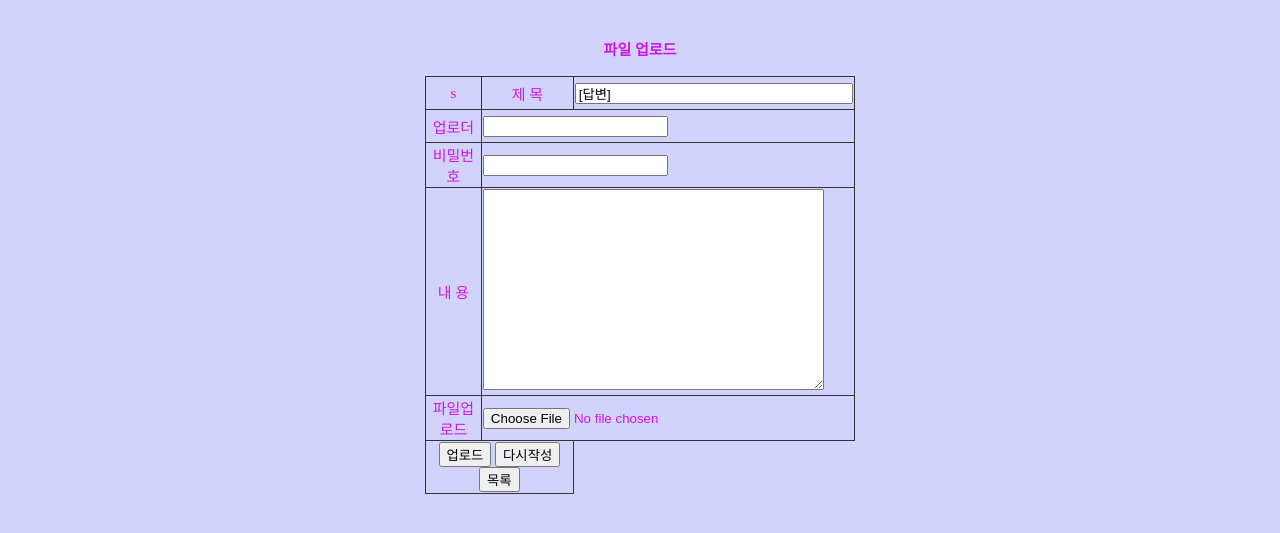
Repository: LouisKisaragi/BB-Bank
Page: http://localhost/FUBoard/board/writeForm.jsp
An editor plug-in stored every save of this project. The page is shown before and after the next save, followed by the edit.
The browser window is 1280 px wide. The pictures show the whole page.
The page is served by Tomcat 9. Other server files are loaded and not shown.

Above is the page before, as saved 2017-11-10 04:44:30.

### workspace/FUBoard/WebContent/board/writeForm.jsp
<%@ page language="java" contentType="text/html; charset=UTF-8"
    pageEncoding="UTF-8"%>
<%@ taglib prefix="c" uri="http://java.sun.com/jsp/jstl/core" %>
<!DOCTYPE html>
<html>
<head>
<meta http-equiv="Content-Type" content="text/html; charset=UTF-8">
<title>게시판</title>
<script src="${pageContext.request.contextPath}/board/script.js"></script>
<link href="${pageContext.request.contextPath}/board/css/style.css" rel="stylesheet" type="text/css"/>
<link href="${pageContext.request.contextPath}/board/css/writeFormstyle.css" rel="stylesheet" type="text/css"/>
</head>
<body>
<section>
<article>
<b>파일 업로드</b>
<br></br>
<form method="post" name="writeForm" action="${pageContext.request.contextPath}/board/writePro.do"
	onsubmit="return writeSave()" enctype="multipart/form-data">
	<input type="hidden" name="num" value="${num}">
	<input type="hidden" name="ref" value="${ref}">
	<input type="hidden" name="step" value="${step}">
	<input type="hidden" name="depth" value="${depth}">
	<table class="board">
		<tr>
		<td class="attr">s</td>
			<td class="attr">제  목</td>
			<td>
				<c:if test="${num == 0}">
					<input class="input" type="text" name="subject">
				</c:if>
				<c:if test="${num != 0}">
					<input class="input" type="text" name="subject" value="[답변]">
				</c:if>
			</td>
		</tr>
		<tr>
			<td class="attr">업로더</td>
			<td COLSPAN="2">
				<input type="text" name="writer">
			</td>
		</tr>
		<tr>
			<td class="attr">비밀번호</td>
			<td COLSPAN="2">
				<input type="password" name="pass">
			</td>
		</tr>
		<tr>
			<td class="attr">내 용</td>
			<td COLSPAN="2">
				<textarea name="content" rows="13" cols="40"></textarea>
			</td>
		</tr>
		<tr>
			<td class="attr">파일업로드</td>
			<td COLSPAN="2">
				<input type="file"  name="file">
			</td>
		</tr>
		<tr>
			<td colspan="2" class="attr">
				<input type="submit" value="업로드">
				<input type="reset" value="다시작성">
				<input type="button" value="목록"
				OnClick="window.location='${pageContext.request.contextPath}/board/list.do'">
			</td>
		</tr>
		</table>
</form>
</article>
</section>
</body>
</html>

### workspace/FUBoard/WebContent/board/script.js
function writeSave(){
	if(document.writeForm.writer.value == ""){
		alert("작성자를 입력하세요.");
		document.writeForm.writer.focus();
		return false;
	}
	if(document.writeForm.subject.value == ""){
		alert("제목을 입력하세요.");
		document.writeForm.subject.focus();
		return false;
	}
	if(document.writeForm.content.value == ""){
		alert("내용을 입력하세요.");
		document.writeForm.content.focus();
		return false;
	}
	if(document.writeForm.pass.value == ""){
		alert("비밀번호를 입력하세요.");
		document.writeForm.pass.focus();
		return false;
	}
}

### workspace/FUBoard/WebContent/board/css/style.css
@CHARSET "UTF-8";
body{
	background-color:#d1d3fc;
	font-size:15px;
	color: #ce16e9;
	text-align: center;
}
a:link {
	text-decoration:nonecolor:#696969;
}
a:hover{
	text-decoration:yescolor:#66ccff;
}
a:visited {
	text-decoration:noncolor:#330066;
}

### workspace/FUBoard/WebContent/board/css/writeFormstyle.css
@CHARSET "UTF-8";
section{
	padding-top: 30px;
	width:430px;
	margin: auto;
	left:0; top:0; right:0; bottom:0;
}

.board{
	text-align:center;
	border-collapse:collapse;
}

.board td {
	border:1px solid #333;
	text-align:left;
	width:330px;
	height:30px;
	border:1px solid #333;
}
.board td .input{
	width:97%;
}
.board .attr{
	width: 100px;
	text-align:center;
}

After the next save:
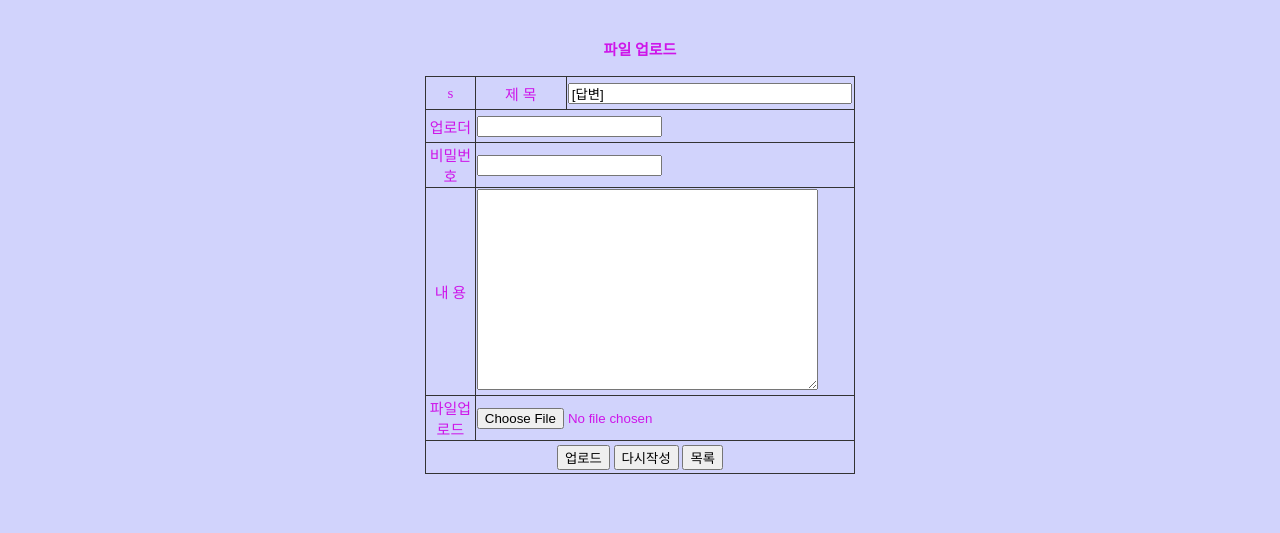
Saved 4 s later.
--- a/workspace/FUBoard/WebContent/board/writeForm.jsp
+++ b/workspace/FUBoard/WebContent/board/writeForm.jsp
@@ -59,7 +59,7 @@
 			</td>
 		</tr>
 		<tr>
-			<td colspan="2" class="attr">
+			<td colspan="3" class="attr">
 				<input type="submit" value="업로드">
 				<input type="reset" value="다시작성">
 				<input type="button" value="목록"
